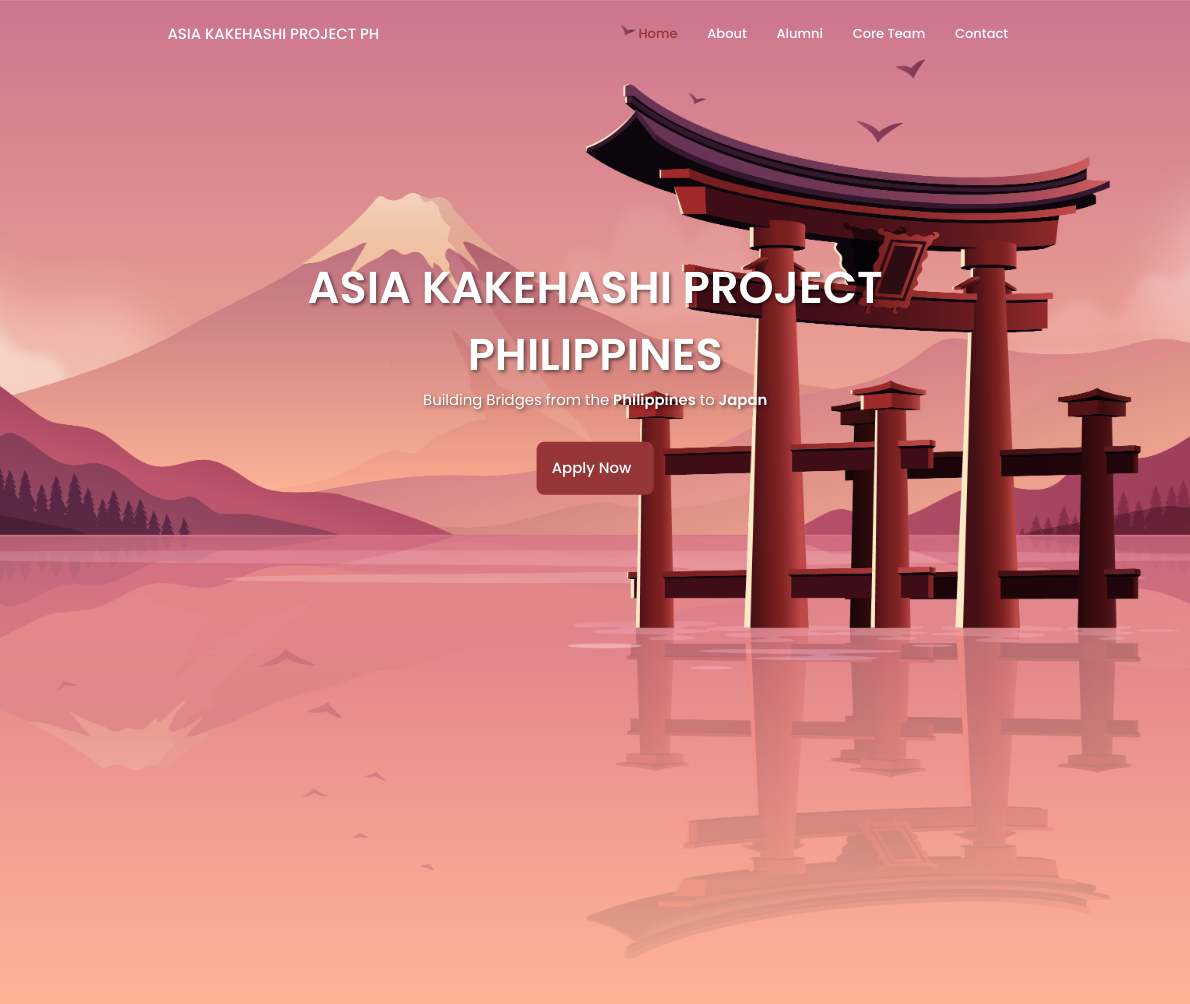
Repository: Aishie123/AKP-PH
Page: index.html
An editor plug-in stored every save of this project. The page is shown before and after the next save, followed by the edit.
The browser window is 1280 px wide. The pictures show the whole page, at 93% of full size.
Some icons come from a web library that is not loaded, so they are not drawn.

Above is the page before, as saved 2024-02-18 00:10:14.

After the next save:
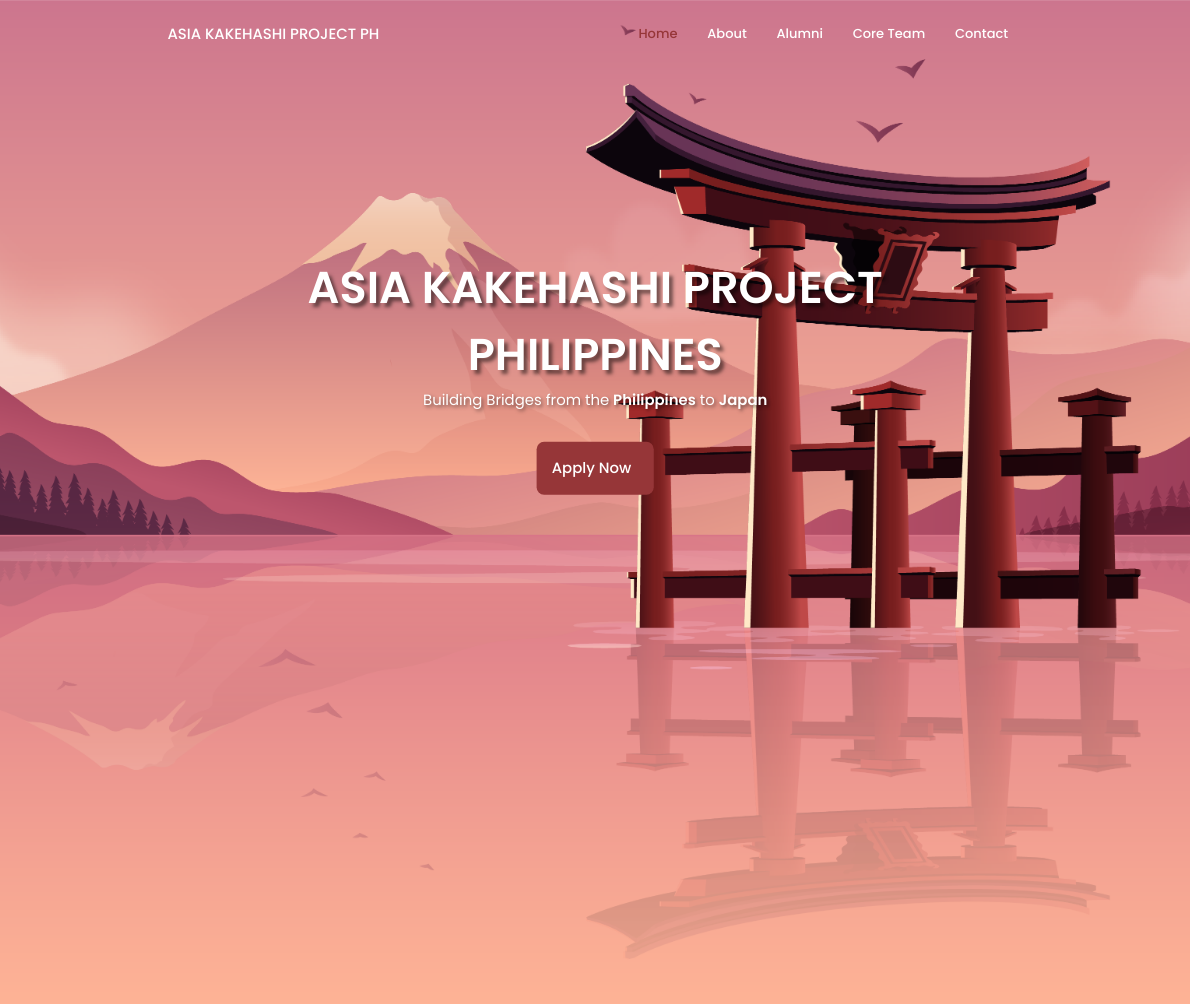
Saved 16 s later.
--- a/assets/css/styles.css
+++ b/assets/css/styles.css
@@ -328,7 +328,7 @@
   .home__title{
     font-size: var(--big-font-size);
     text-align: center;
-    text-shadow: 2px 2px 4px rgba(0, 0, 0, 0.5); /* Adjust the shadow properties as needed */
+    text-shadow: 4px 4px 4px rgba(0, 0, 0, 0.5); /* Adjust the shadow properties as needed */
   }
 
   .home__subtitle{
